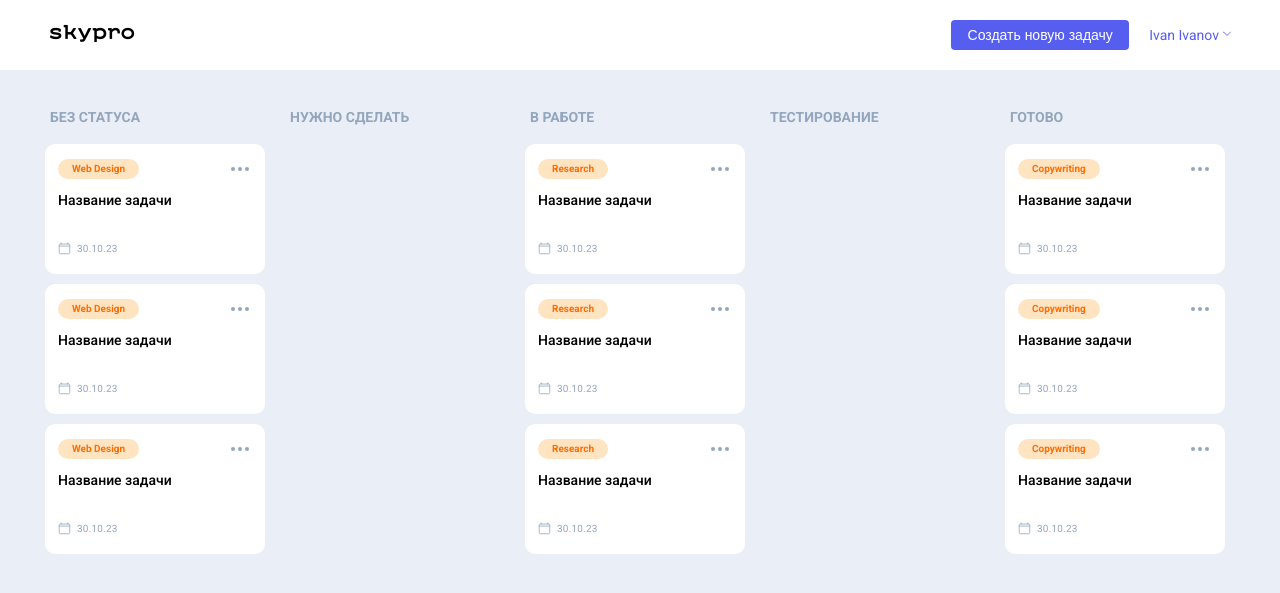
Repository: Olchik-resh/skypro-kanban
Page: /
An editor plug-in stored every save of this project. The page is shown before and after the next save, followed by the edit.
The browser window is 1280 px wide. The pictures show the whole page.
The project was rebuilt for these pictures with package versions that can differ from the ones it lists, and the page was loaded fresh each time. Also part of the build but not shown: vite.config.js.

Above is the page before, as saved 2025-07-27 14:33:58.

### index.html
<!doctype html>
<html lang="">
  <head>
    <meta charset="UTF-8" />
    <link rel="icon" href="/public/favicon.ico" />
    <meta name="viewport" content="width=device-width, initial-scale=1.0" />
    <link rel="preconnect" href="https://fonts.googleapis.com" />
    <link rel="preconnect" href="https://fonts.gstatic.com" crossorigin />
    <link
      href="https://fonts.googleapis.com/css2?family=Roboto+Flex:opsz,wght@8..144,200;8..144,300;8..144,400;8..144,700;8..144,800;8..144,900&family=Roboto:wght@400;500;700&display=swap"
      rel="stylesheet"
    />
    <title>Skypro</title>
  </head>
  <body>
    <div id="app"></div>
    <script type="module" src="/src/main.js"></script>
  </body>
</html>

### src/components/BaseHeader.vue
<template>
  <header class="header">
    <div class="container">
      <div class="header__block">
        <div class="header__logo _show _light">
          <a href="" target="_self"><img src="/src/assets/images/logo.png" alt="logo" /></a>
        </div>
        <div class="header__logo _dark">
          <a href="" target="_self"><img src="/src/assets/images/logo_dark.png" alt="logo" /></a>
        </div>
        <nav class="header__nav">
          <button class="header__btn-main-new _hover01" id="btnMainNew">
            <a href="#popNewCard">Создать новую задачу</a>
          </button>
          <UserModal />
        </nav>
      </div>
    </div>
  </header>
</template>

<script setup>
import UserModal from './UserModal.vue'
</script>

<style lang="scss" scoped></style>

### src/components/ExitModal.vue
<template>
  <div class="pop-exit__container">
    <div class="pop-exit__block">
      <div class="pop-exit__ttl">
        <h2>Выйти из аккаунта?</h2>
      </div>
      <form class="pop-exit__form" id="formExit" action="#">
        <div class="pop-exit__form-group">
          <button class="pop-exit__exit-yes _hover01" id="exitYes">
            <a href="modal/signin.html">Да, выйти</a>
          </button>
          <button class="pop-exit__exit-no _hover03" id="exitNo">
            <a href="main.html">Нет, остаться</a>
          </button>
        </div>
      </form>
    </div>
  </div>
</template>

<script setup></script>

<style lang="scss" scoped></style>

### src/components/NewCardModal.vue
<template>
  <div class="pop-new-card__container">
    <div class="pop-new-card__block">
      <div class="pop-new-card__content">
        <h3 class="pop-new-card__ttl">Создание задачи</h3>
        <a href="#" class="pop-new-card__close">&#10006;</a>
        <div class="pop-new-card__wrap">
          <form class="pop-new-card__form form-new" id="formNewCard" action="#">
            <div class="form-new__block">
              <label for="formTitle" class="subttl">Название задачи</label>
              <input
                class="form-new__input"
                type="text"
                name="name"
                id="formTitle"
                placeholder="Введите название задачи..."
                autofocus
              />
            </div>
            <div class="form-new__block">
              <label for="textArea" class="subttl">Описание задачи</label>
              <textarea
                class="form-new__area"
                name="text"
                id="textArea"
                placeholder="Введите описание задачи..."
              ></textarea>
            </div>
          </form>
          <div class="pop-new-card__calendar calendar">
            <p class="calendar__ttl subttl">Даты</p>
            <div class="calendar__block">
              <div class="calendar__nav">
                <div class="calendar__month">Сентябрь 2023</div>
                <div class="nav__actions">
                  <div class="nav__action" data-action="prev">
                    <svg
                      xmlns="http://www.w3.org/2000/svg"
                      width="6"
                      height="11"
                      viewBox="0 0 6 11"
                    >
                      <path
                        d="M5.72945 1.95273C6.09018 1.62041 6.09018 1.0833 5.72945 0.750969C5.36622 0.416344 4.7754 0.416344 4.41218 0.750969L0.528487 4.32883C-0.176162 4.97799 -0.176162 6.02201 0.528487 6.67117L4.41217 10.249C4.7754 10.5837 5.36622 10.5837 5.72945 10.249C6.09018 9.9167 6.09018 9.37959 5.72945 9.04727L1.87897 5.5L5.72945 1.95273Z"
                      />
                    </svg>
                  </div>
                  <div class="nav__action" data-action="next">
                    <svg
                      xmlns="http://www.w3.org/2000/svg"
                      width="6"
                      height="11"
                      viewBox="0 0 6 11"
                    >
                      <path
                        d="M0.27055 9.04727C-0.0901833 9.37959 -0.0901832 9.9167 0.27055 10.249C0.633779 10.5837 1.2246 10.5837 1.58783 10.249L5.47151 6.67117C6.17616 6.02201 6.17616 4.97799 5.47151 4.32883L1.58782 0.75097C1.2246 0.416344 0.633778 0.416344 0.270549 0.75097C-0.0901831 1.0833 -0.090184 1.62041 0.270549 1.95273L4.12103 5.5L0.27055 9.04727Z"
                      />
                    </svg>
                  </div>
                </div>
              </div>
              <div class="calendar__content">
                <div class="calendar__days-names">
                  <div class="calendar__day-name">пн</div>
                  <div class="calendar__day-name">вт</div>
                  <div class="calendar__day-name">ср</div>
                  <div class="calendar__day-name">чт</div>
                  <div class="calendar__day-name">пт</div>
                  <div class="calendar__day-name -weekend-">сб</div>
                  <div class="calendar__day-name -weekend-">вс</div>
                </div>
                <div class="calendar__cells">
                  <div class="calendar__cell _other-month">28</div>
                  <div class="calendar__cell _other-month">29</div>
                  <div class="calendar__cell _other-month">30</div>
                  <div class="calendar__cell _cell-day">31</div>
                  <div class="calendar__cell _cell-day">1</div>
                  <div class="calendar__cell _cell-day _weekend">2</div>
                  <div class="calendar__cell _cell-day _weekend">3</div>
                  <div class="calendar__cell _cell-day">4</div>
                  <div class="calendar__cell _cell-day">5</div>
                  <div class="calendar__cell _cell-day">6</div>
                  <div class="calendar__cell _cell-day">7</div>
                  <div class="calendar__cell _cell-day _current">8</div>
                  <div class="calendar__cell _cell-day _weekend">9</div>
                  <div class="calendar__cell _cell-day _weekend">10</div>
                  <div class="calendar__cell _cell-day">11</div>
                  <div class="calendar__cell _cell-day">12</div>
                  <div class="calendar__cell _cell-day">13</div>
                  <div class="calendar__cell _cell-day">14</div>
                  <div class="calendar__cell _cell-day">15</div>
                  <div class="calendar__cell _cell-day _weekend">16</div>
                  <div class="calendar__cell _cell-day _weekend">17</div>
                  <div class="calendar__cell _cell-day">18</div>
                  <div class="calendar__cell _cell-day">19</div>
                  <div class="calendar__cell _cell-day">20</div>
                  <div class="calendar__cell _cell-day">21</div>
                  <div class="calendar__cell _cell-day">22</div>
                  <div class="calendar__cell _cell-day _weekend">23</div>
                  <div class="calendar__cell _cell-day _weekend">24</div>
                  <div class="calendar__cell _cell-day">25</div>
                  <div class="calendar__cell _cell-day">26</div>
                  <div class="calendar__cell _cell-day">27</div>
                  <div class="calendar__cell _cell-day">28</div>
                  <div class="calendar__cell _cell-day">29</div>
                  <div class="calendar__cell _cell-day _weekend">30</div>
                  <div class="calendar__cell _other-month _weekend">1</div>
                </div>
              </div>

              <input type="hidden" id="datepick_value" value="08.09.2023" />
              <div class="calendar__period">
                <p class="calendar__p date-end">
                  Выберите срок исполнения <span class="date-control"></span>.
                </p>
              </div>
            </div>
          </div>
        </div>
        <div class="pop-new-card__categories categories">
          <p class="categories__p subttl">Категория</p>
          <div class="categories__themes">
            <div class="categories__theme _orange _active-category">
              <p class="_orange">Web Design</p>
            </div>
            <div class="categories__theme _green">
              <p class="_green">Research</p>
            </div>
            <div class="categories__theme _purple">
              <p class="_purple">Copywriting</p>
            </div>
          </div>
        </div>
        <button class="form-new__create _hover01" id="btnCreate">Создать задачу</button>
      </div>
    </div>
  </div>
</template>

<script setup></script>

<style lang="scss" scoped></style>

### src/components/TaskDesk.vue
<template>
  <main class="main">
    <div class="container">
      <div class="main__block">
        <div class="main__content">
          <TaskColumn :tasks="noStatusTask" title="Без статуса" />
          <TaskColumn :tasks="doStatusTask" title="Нужно сделать" />
          <TaskColumn :tasks="workStatusTask" title="В работе" />
          <TaskColumn :tasks="testStatusTask" title="Тестирование" />
          <TaskColumn :tasks="readyStatusTask" title="Готово" />
        </div>
      </div>
    </div>
  </main>
</template>

<script setup>
import { computed, onMounted, ref } from 'vue'
import TaskColumn from './TaskColumn.vue'
import { getTasks } from './mokcs/tasks.js'
const tasks = ref([])
const noStatusTask = computed(() => {
  return tasks.value.filter((el) => {
    return el.status === 'Без статуса'
  })
});
const doStatusTask = computed(() => {
  return tasks.value.filter((el) => {
    return el.status === 'Нужно сделать'
  })
});
const workStatusTask = computed(() => {
  return tasks.value.filter((el) => {
    return el.status === 'В работе'
  })
});
const testStatusTask = computed(() => {
  return tasks.value.filter((el) => {
    return el.status === 'Тестирование'
  })
});
const readyStatusTask = computed(() => {
  return tasks.value.filter((el) => {
    return el.status === 'Готово'
  })
});
onMounted(() => {
  tasks.value = getTasks()
});

</script>

<style lang="scss" scoped></style>

### src/components/UserModal.vue
<template>
  <a
    href="#user-set-target"
    class="header__user _hover02"
    @click="isUserModalVisible = !isUserModalVisible"
    >Ivan Ivanov</a
  >
  <div class="header__pop-user-set pop-user-set" id="user-set-target" v-if="!isUserModalVisible">
    <p class="pop-user-set__name">Ivan Ivanov</p>
    <p class="pop-user-set__mail">ivan.ivanov@gmail.com</p>
    <div class="pop-user-set__theme">
      <p>Темная тема</p>
      <input type="checkbox" class="checkbox" name="checkbox" />
    </div>
    <button type="button" class="_hover03"><a href="#popExit">Выйти</a></button>
  </div>
</template>

<script setup>
import { ref } from 'vue'
const isUserModalVisible = ref(true)
</script>

<style lang="scss" scoped></style>

### src/components/TaskColumn.vue
<template>
  <div class="main__column column">
    <div class="column__title">
      <p>{{ title }}</p>
    </div>
    <TaskCard v-for="task in tasks" :key="task.id" v-bind="task" />
  </div>
</template>

<script setup>
import TaskCard from './TaskCard.vue'

defineProps({
  tasks: { type: Array, require: true },
  title: { type: String, require: true },
})
</script>

<style lang="scss" scoped></style>

### src/components/TaskCard.vue
<template>
  <div class="cards" v-for="task in tasks" :key="task.id">
    <div class="cards__item">
      <div class="cards__card card">
        <div class="card__group">
          <div class="card__theme _orange">
            <p class="_orange">{{ topic }}</p>
          </div>
          <a href="#popBrowse" target="_self">
            <div class="card__btn">
              <div></div>
              <div></div>
              <div></div>
            </div>
          </a>
        </div>
        <div class="card__content">
          <a href="" target="_blank">
            <h3 class="card__title">{{ title }}</h3>
          </a>
          <div class="card__date">
            <svg
              xmlns="http://www.w3.org/2000/svg"
              width="13"
              height="13"
              viewBox="0 0 13 13"
              fill="none"
            >
              <g clip-path="url(#clip0_1_415)">
                <path
                  d="M10.5625 2.03125H2.4375C1.7644 2.03125 1.21875 2.5769 1.21875 3.25V10.5625C1.21875 11.2356 1.7644 11.7812 2.4375 11.7812H10.5625C11.2356 11.7812 11.7812 11.2356 11.7812 10.5625V3.25C11.7812 2.5769 11.2356 2.03125 10.5625 2.03125Z"
                  stroke="#94A6BE"
                  stroke-width="0.8"
                  stroke-linejoin="round"
                />
                <path
                  d="M11.7812 4.0625H1.21875M3.25 1.21875V2.03125V1.21875ZM9.75 1.21875V2.03125V1.21875Z"
                  stroke="#94A6BE"
                  stroke-width="0.8"
                  stroke-linecap="round"
                  stroke-linejoin="round"
                />
              </g>
              <defs>
                <clipPath id="clip0_1_415">
                  <rect width="13" height="13" fill="white" />
                </clipPath>
              </defs>
            </svg>
            <p>{{ date }}</p>
          </div>
        </div>
      </div>
    </div>
  </div>
</template>

<script setup>
import { getTasks } from './mokcs/tasks.js'
import { onMounted, ref } from 'vue'
const tasks = ref([])
onMounted(() => {
  tasks.value = getTasks()
})
defineProps({
  topic: String,
  title: String,
  date: String,
  status: String,
})
</script>

<style lang="scss" scoped></style>

Loaded but not shown: src/App.vue (common file); src/router/index.js (common file); src/components/mokcs/tasks.js (9 lines, source omitted); src/main.js (8 lines, source omitted); src/assets/css/main.css (1107 lines, source omitted); src/views/HomeView.vue (200 lines, source omitted)

After the next save:
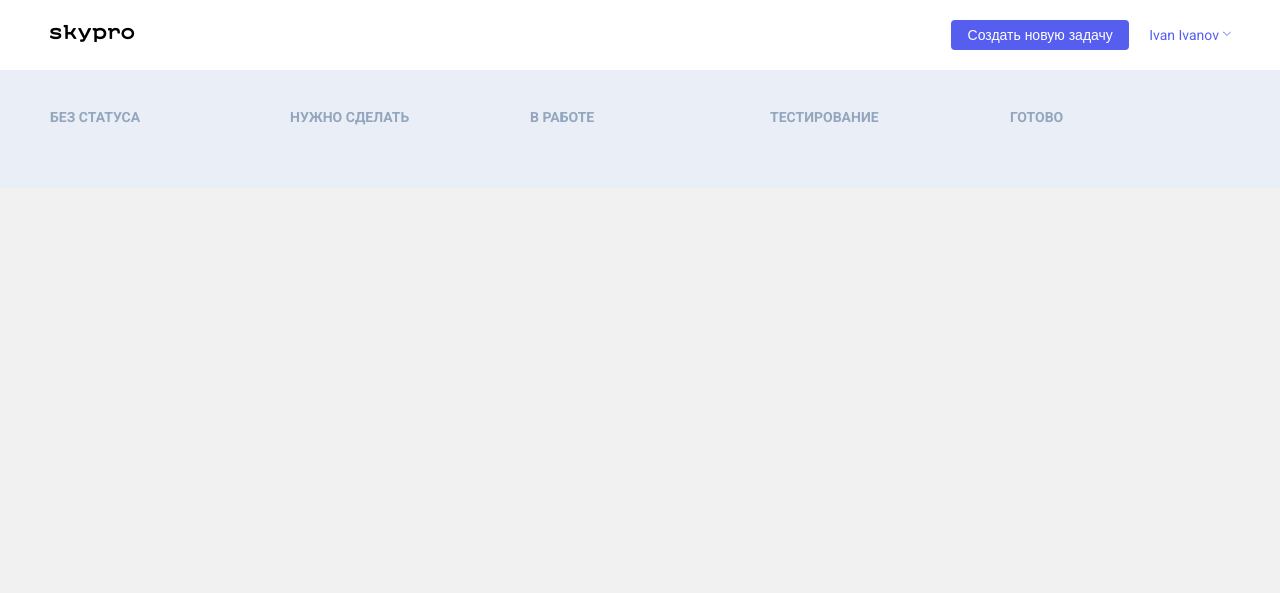
Saved 66 s later.
--- a/src/components/TaskCard.vue
+++ b/src/components/TaskCard.vue
@@ -56,12 +56,12 @@
 </template>
 
 <script setup>
-import { getTasks } from './mokcs/tasks.js'
-import { onMounted, ref } from 'vue'
-const tasks = ref([])
-onMounted(() => {
-  tasks.value = getTasks()
-})
+// import { getTasks } from './mokcs/tasks.js'
+// import { onMounted, ref } from 'vue'
+// const tasks = ref([])
+// onMounted(() => {
+//   tasks.value = getTasks()
+// })
 defineProps({
   topic: String,
   title: String,

After the save that followed:
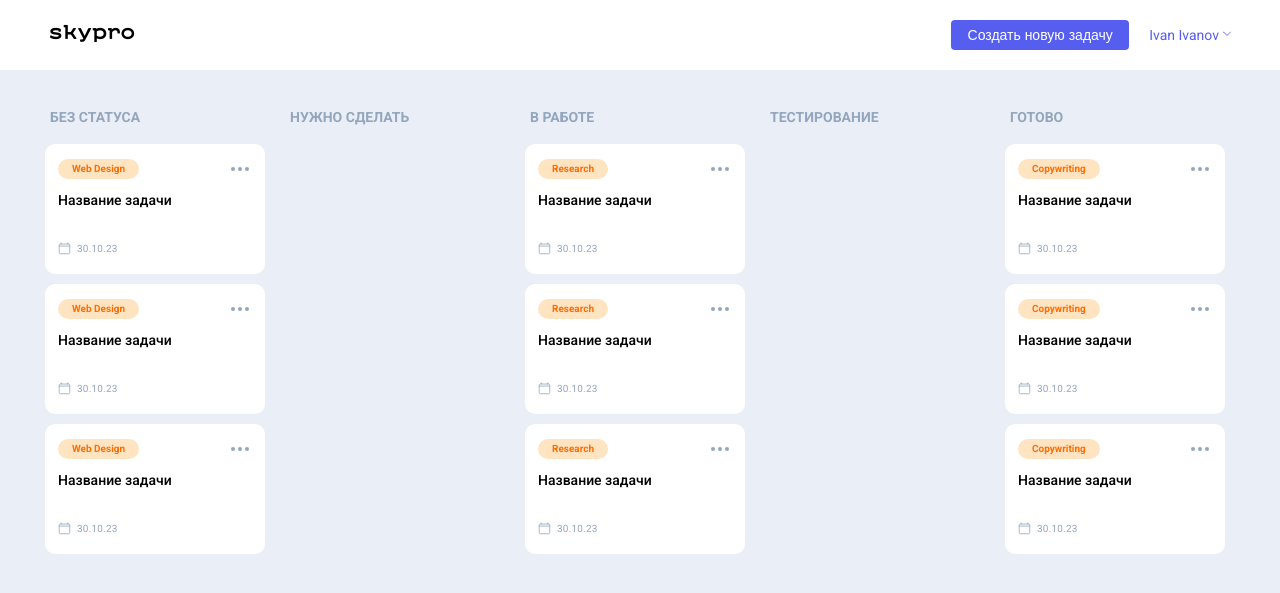
Saved 8 s later.
--- a/src/components/TaskCard.vue
+++ b/src/components/TaskCard.vue
@@ -56,12 +56,12 @@
 </template>
 
 <script setup>
-// import { getTasks } from './mokcs/tasks.js'
-// import { onMounted, ref } from 'vue'
-// const tasks = ref([])
-// onMounted(() => {
-//   tasks.value = getTasks()
-// })
+import { getTasks } from './mokcs/tasks.js'
+import { onMounted, ref } from 'vue'
+const tasks = ref([])
+onMounted(() => {
+  tasks.value = getTasks()
+})
 defineProps({
   topic: String,
   title: String,
